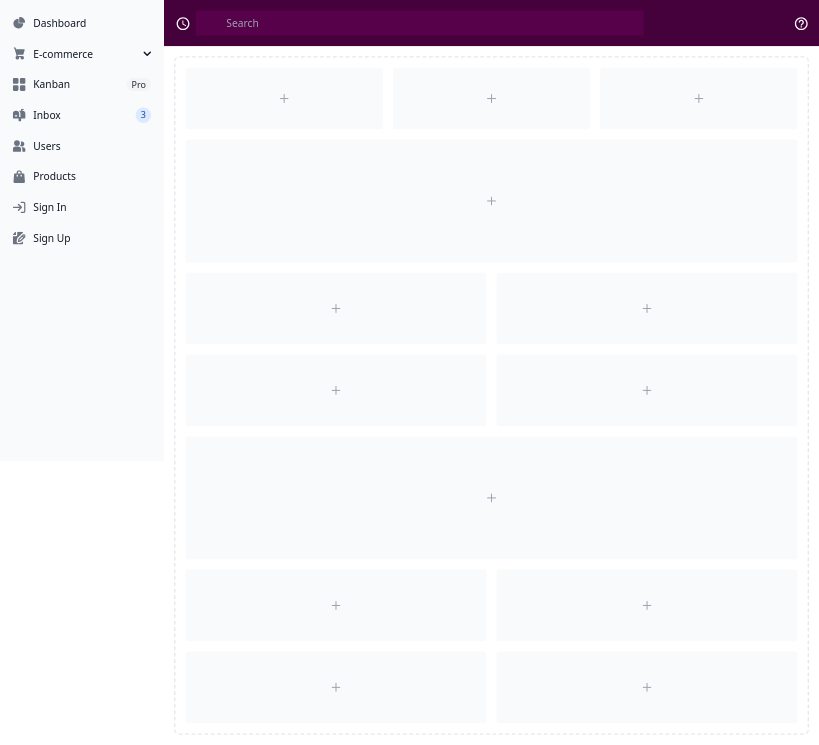
Repository: Shamraiz761/Slack_clone
Page: /
The author's editor kept a copy of each file at every save. The page is drawn from the files as they stood at one save, then again after the next save.
The browser window is 1280 px wide. The pictures show the whole page, at 64% of full size.
The project was rebuilt for these pictures with package versions that can differ from the ones it lists, and the page was loaded fresh each time. Also part of the build but not shown: vite.config.js.

Above is the page before, as saved 2024-01-14 18:35:36.

### src/App.jsx

import React from 'react'
import Header from './components/header/Header'
import Sidebar from './components/sidebar/Sidebar'
function App() {

  return (
   <div>
    <Header />
    {/* <Sidebar /> */}
   </div>
  )
}

export default App

### src/components/header/Header.jsx
import React from 'react'
import AccessTimeIcon from '@mui/icons-material/AccessTime';
import HelpOutlineIcon from '@mui/icons-material/HelpOutline';
import AccountCircleIcon from '@mui/icons-material/AccountCircle';
import Sidebar from '../sidebar/Sidebar';
function Header() {
  return (
    <div>
    <nav className="bg-[#45013b] p-4" style={{background:''}}>
      <div className="container mx-auto flex items-center justify-between">
        {/* Left logos */}

          {/* Left logo */}
          <div className=" sm:mr-4 hidden sm:block">
          <AccountCircleIcon className='text-white text-larger hidden sm:block' />

          </div>





        <div className="sm:w-full flex justify-center items-center">
        <div className="mr-2">
            <AccessTimeIcon className='text-white'/>


          </div>
          <input
            type="text"
            placeholder="Search"
            className=" p-2 px-12 bg-[#57014a] text-white border-none rounded w-32 sm:w-3/5"
          />
        </div>

        {/* Right logos */}
        <div className="flex items-center">

          <div className="ml-[-100px] sm:ml-4">
            <HelpOutlineIcon className='text-white'/>

          </div>
        </div>
      </div>
    </nav>
    <Sidebar />
    </div>
  )
}

export default Header

Loaded but not shown: index.html (common file); src/main.jsx (common file); src/index.css (common file); tailwind.config.js (common file); src/components/sidebar/Sidebar.jsx (497 lines, source omitted)

After the next save:
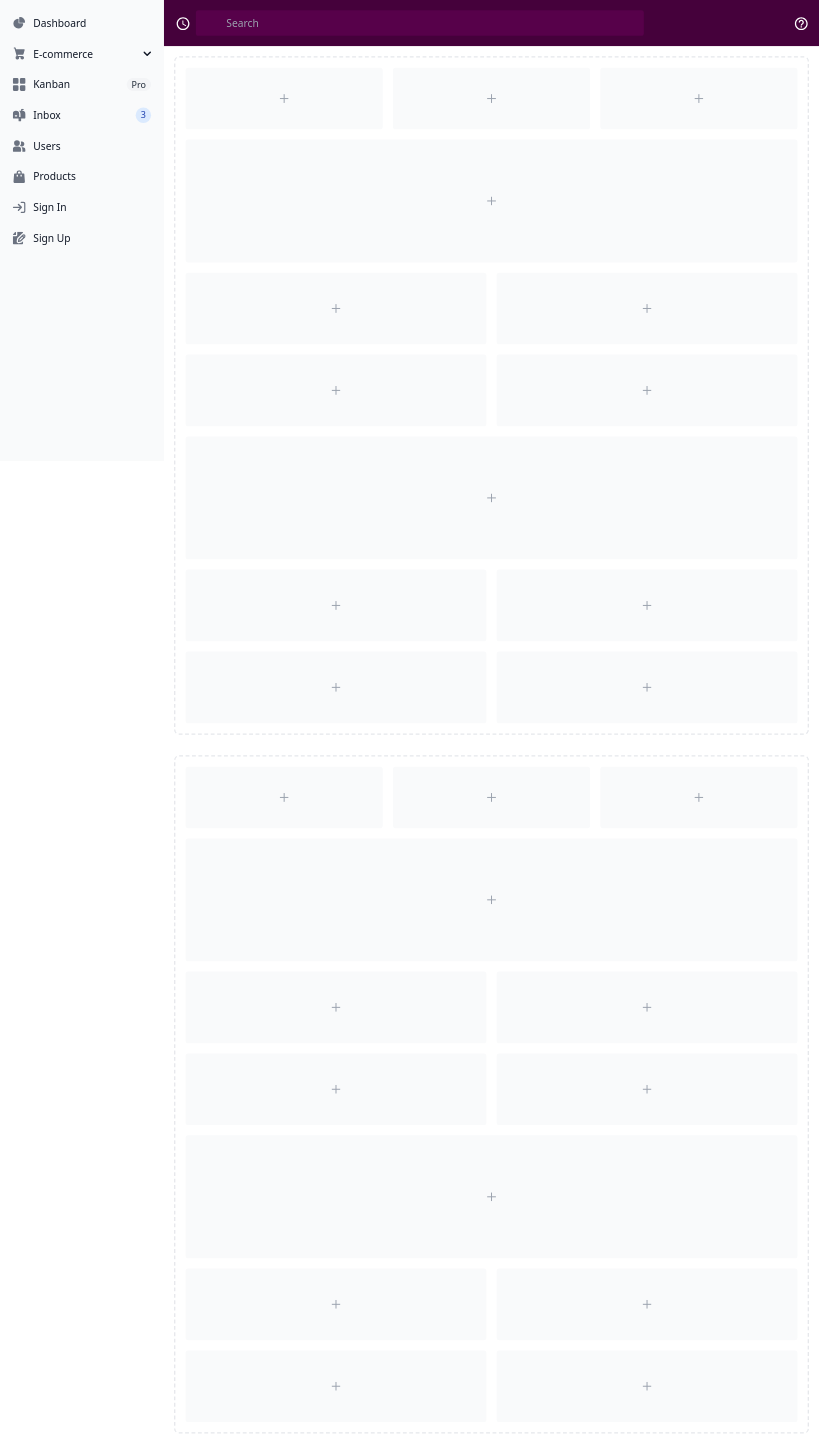
Saved 16 s later.
--- a/src/App.jsx
+++ b/src/App.jsx
@@ -7,7 +7,7 @@ function App() {
   return (
    <div>
     <Header />
-    {/* <Sidebar /> */}
+    <Sidebar />
    </div>
   )
 }

After the save that followed:
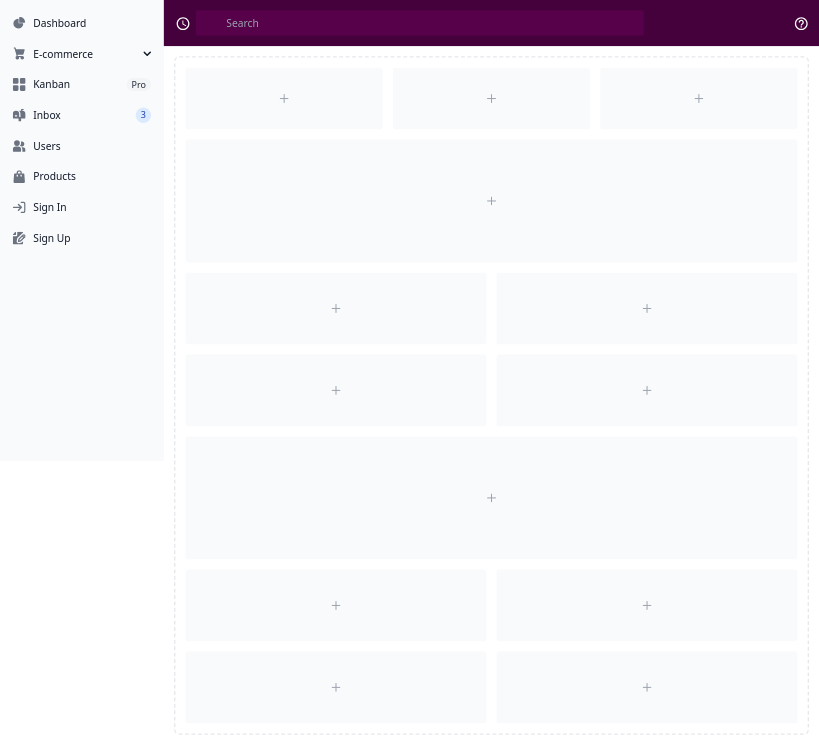
Saved 4 s later.
--- a/src/components/header/Header.jsx
+++ b/src/components/header/Header.jsx
@@ -2,7 +2,6 @@ import React from 'react'
 import AccessTimeIcon from '@mui/icons-material/AccessTime';
 import HelpOutlineIcon from '@mui/icons-material/HelpOutline';
 import AccountCircleIcon from '@mui/icons-material/AccountCircle';
-import Sidebar from '../sidebar/Sidebar';
 function Header() {
   return (
     <div>
@@ -43,7 +42,7 @@ function Header() {
         </div>
       </div>
     </nav>
-    <Sidebar />
+
     </div>
   )
 }
